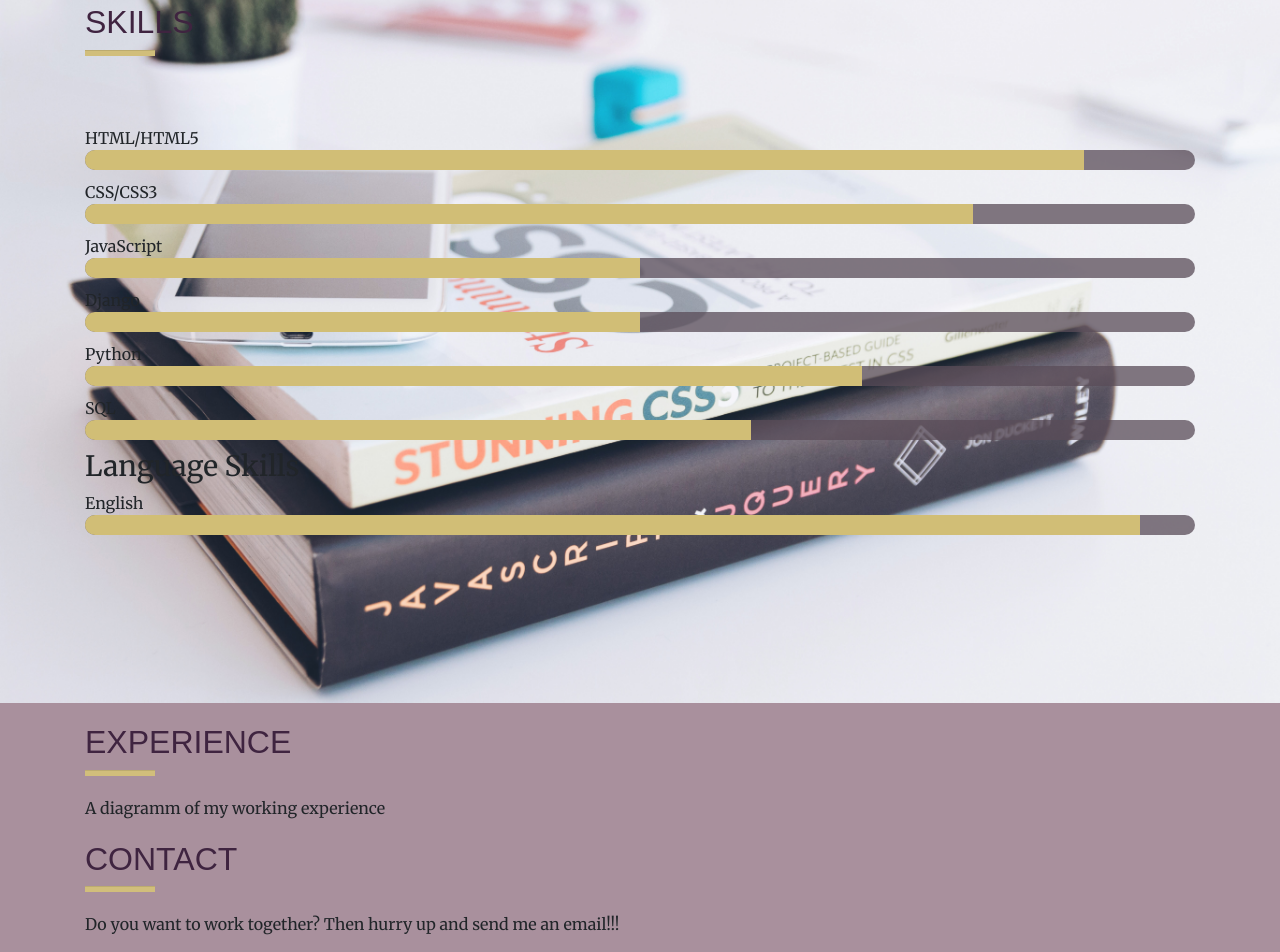
Repository: edshuli/Portfolio
Page: index.html
The author's editor kept a record of every edit. The page is drawn from the files as they stood at one moment, then again after the next edit.
The browser window is 1280 px wide. The pictures show the part of the page from y = 1225 to 2177 px (the page is 2177 px tall).
Backgrounds fixed to the window are drawn as part of the page. Some web fonts or font styles are not loaded; a fallback is used.

Above is the page before.

### index.html
<!DOCTYPE html>
<html lang="en">

<head>
    <meta charset="UTF-8">
    <meta name="viewport" content="width=device-width, initial-scale=1.0">
    <meta http-equiv="X-UA-Compatible" content="ie=edge">
    <link rel="stylesheet" href="https://stackpath.bootstrapcdn.com/bootstrap/4.3.1/css/bootstrap.min.css" type="text/css" />
    <link rel="stylesheet" href="https://stackpath.bootstrapcdn.com/font-awesome/4.7.0/css/font-awesome.min.css" type="text/css" />
    <link rel="stylesheet" href="https://cdnjs.cloudflare.com/ajax/libs/hover.css/2.3.1/css/hover-min.css" type="text/css" />
    <link rel="stylesheet" href="assets/css/style.css" type="text/css" />
    <title>Edna Shuli - Full Stack Web Developer</title>
</head>

<body>

    <div class="container-fluid navbar-menu">
        <div class="row">
            <div class="col-12">
                <!-- NAVBAR -->
                <nav class="navbar navbar-expand-sm fixed-top navbar-light ">
                    <a href="index.html" class="navbar-brand"><i class="fa fa-home" aria-hidden="true"></i>Ed.Sh</a>
                    <button class="navbar-toggler" type="button" data-toggle="collapse" data-target="#menuDropdown" aria-controls="menuDropdown" aria-expanded="false" aria-label="Toggle navigation">
           <span class="navbar-toggler-icon"></span>
       </button>

                    <div id="menuDropdown" class="navbar-collapse collapse">
                        <ul class="navbar-nav mr-auto">
                            <li><a class="nav-link text-uppercase" href="#">about</a></li>
                            <li><a class="nav-link text-uppercase" href="#">skills</a></li>
                            <li><a class="nav-link text-uppercase" href="#">work</a></li>
                            <li><a class="nav-link text-uppercase" href="#">education</a></li>
                            <li><a class="nav-link text-uppercase" href="#">contact</a></li>
                            <li><a class="nav-link text-uppercase" href="#">cv</a></li>
                        </ul>
                    </div>
            </div>
        </div>
        </nav>
    </div>
    <div class="container-fluid homepage-container ">
        <div class="row">
            <div class="col">
                <div class="jumbotron ">
                    <h1 class="header">Hi! I'm </br><span class="name">
            Edna Shuli</span></h1>
                    <p class="title">Full Stack Web Developer</p>
                </div>
            </div>
        </div>
    </div>



    <!-- ABOUT ME -->
    <section class="aboutme">
        <div class="container aboutme-container">
            <div class="row">
                <div class="col-md-6">
                    <div class="personal-info">
                        <h2 class="uppercase">Personal Info</h2>
                        <hr class="title-divider">
                        <ul>
                            <li>Name: Edna Shuli</li>
                            <li>Email: <a href="mailto:edna_shhuli@hotmail.gr">edna_shuli@hotmail.gr</a></li>
                            <li>Address: Linnaeusstraat 35F, Amsterdam The Netherlands</li>
                            <li>Phone: (0031)-649109002</li>
                        </ul>
                    </div>
                </div>
                <div class="col-md-6">
                    <h2 class="text-uppercase">About</h2>
                    <hr class="title-divider">
                    <div class="aboutmeitem">
                        <p>Lorem ipsum dolor sit amet, consectetuer adipiscing elit, sed diam nonummy nibh euismod tincidunt ut laoreet dolore magna aliquam erat volutpat. Ut wisi enim ad minim veniam, quis nostrud exerci tation ullamcorper suscipit lobortis
                            nisl ut aliquip ex ea commodo consequat. Duis autem vel eum iriure dolor in hendrerit in vulputate velit esse molestie consequat, vel illum dolore eu feugiat nulla facilisis at vero eros et accumsan et iusto odio dignissim
                        </p>
                    </div>
                    <button class="btn">Download CV!</button>
                </div>
            </div>
        </div>
    </section>



    <!-- Skills -->

    <section class="skills">
        <div class="container skills-container">
            <div class="row">
                <div class="col">
                    <h2 class="text-uppercase">Skills</h2>
                    <hr class="title-divider">
                </div>
            </div>
            <div class="skills-item-container">
                <div class="row ">
                    <div class="col">
                        <div class="skill-item-desc">HTML/HTML5</div>
                        <div class="progress">
                            <div class="progress-bar" role="progressbar" aria-valuenow="90" aria-valuemin="0" aria-valuemax="100" style="width:90%">
                                <span class="sr-only">90% complete</span>
                            </div>
                        </div>
                        <div class="skill-item-desc">CSS/CSS3</div>
                        <div class="progress">
                            <div class="progress-bar" role="progressbar" aria-valuenow="80" aria-valuemin="0" aria-valuemax="100" style="width:80%">
                                <span class="sr-only">80% complete</span>
                            </div>
                        </div>
                        <div class="skill-item-desc">JavaScript</div>
                        <div class="progress">
                            <div class="progress-bar" role="progressbar" aria-valuenow="50" aria-valuemin="0" aria-valuemax="100" style="width:50%">
                                <span class="sr-only">50% complete</span>
                            </div>
                        </div>
                        <div class="skill-item-desc">Django</div>
                        <div class="progress">
                            <div class="progress-bar" role="progressbar" aria-valuenow="50" aria-valuemin="0" aria-valuemax="100" style="width:50%">
                                <span class="sr-only">50% complete</span>
                            </div>
                        </div>
                        <div class="skill-item-desc">Python</div>
                        <div class="progress">
                            <div class="progress-bar" role="progressbar" aria-valuenow="70" aria-valuemin="0" aria-valuemax="100" style="width:70%">
                                <span class="sr-only">70% complete</span>
                            </div>
                        </div>
                        <div class="skill-item-desc">SQL</div>
                        <div class="progress">
                            <div class="progress-bar" role="progressbar" aria-valuenow="60" aria-valuemin="0" aria-valuemax="100" style="width:60%">
                                <span class="sr-only">60% complete</span>
                            </div>
                        </div>
                    </div>
                </div>
            </div>
            <div class="language-container">
                <div class="row">
                    <div class="col">
                        <h3>Language Skills</h3>
                        <div class="skill-item-desc">English</div>
                        <div class="progress">
                            <div class="progress-bar" role="progressbar" aria-valuenow="95" aria-valuemin="0" aria-valuemax="100" style="width:95%">
                                <span class="sr-only">95% complete</span>
                            </div>
                        </div>
                    </div>
                </div>
            </div>
        </div>
    </section>



    <!-- Experience -->
    <div class="container experience-container">
        <section class="experience">
            <h2 class="text-uppercase">Experience</h2>
            <hr class="title-divider">
            <div class="work-history">
                <p>A diagramm of my working experience</p>
            </div>
        </section>
    </div>




    <!-- Contact -->
    <div class="container contact-container">
        <section class="contact">
            <h2 class="text-uppercase">Contact</h2>
            <hr class="title-divider">
            <div class="contact-info">
                <p>Do you want to work together? Then hurry up and send me an email!!!</p>
            </div>
        </section>
    </div>


    <!-- Download
        <section class="downloadcv">
           <button class="btn">Download CV!</button
        </section>
       -->
    <footer>

    </footer>

    <script src="https://code.jquery.com/jquery-3.3.1.slim.min.js" integrity="sha384-q8i/X+965DzO0rT7abK41JStQIAqVgRVzpbzo5smXKp4YfRvH+8abtTE1Pi6jizo" crossorigin="anonymous"></script>
    <script src="https://cdnjs.cloudflare.com/ajax/libs/popper.js/1.14.7/umd/popper.min.js" integrity="sha384-UO2eT0CpHqdSJQ6hJty5KVphtPhzWj9WO1clHTMGa3JDZwrnQq4sF86dIHNDz0W1" crossorigin="anonymous"></script>
    <script src="https://stackpath.bootstrapcdn.com/bootstrap/4.3.1/js/bootstrap.min.js" integrity="sha384-JjSmVgyd0p3pXB1rRibZUAYoIIy6OrQ6VrjIEaFf/nJGzIxFDsf4x0xIM+B07jRM" crossorigin="anonymous"></script>
</body>


</html>

### assets/css/style.css
@import url('https://fonts.googleapis.com/css?family=Merriweather:100,200,300,400,500,600,700|Playfair+Display:100,200,300,400,500,600,700|Nanum+Gothic:100,200,300,400');

body {
    font-family: "Merriweather", sans-serif;
    background-color: #a9909d;
    width: 100%;
}


/* ------------------------Button/Download--------------------*/

.btn {
    font: 16px "Playfair", sans-serif;
    color: #472e5a;
    margin: 20px 0px;
    padding: 10px 15px;
    border: 2px solid #d1be7b;
    display: inline-block;
}

/*---------------------HOMEPAGE/JUMBOTRON--------------------*/

.homepage-container {
    height: 100vh;
    background: url(../images/logo1.jpg) no-repeat center center fixed;
    -webkit-background-size: cover;
    -moz-background-size: cover;
    -o-background-size: cover;
    background-size: cover;

    display: flex;
    align-items: center;
    justify-content: center;
}



/*------------------------Jumbotron ---------------------*/

.jumbotron {
    background-color: transparent;
    margin-bottom: 0px;
    padding: 150px 700px 50px 0;
}

.header {
    color: #3e2832;
    font-size: 45px;
    font-weight: 300;
    margin-bottom: 10px;
}


.header {
    font-family: "Playfair", sans-serif;
}

span {
    font-family: "Merriweather", sans-serif;
}

.title {
    font-family: "Playfair", sans-serif;
    border-bottom-width: 1px;
    border-bottom-style: solid;
    border-bottom-color: #4f3943;
    border-top-width: 1px;
    border-top-style: solid;
    border-top-color: #4f3943;
    color: #4f3943;
    font-size: 25px;
    font-weight: 300;
    text-transform: uppercase;
    letter-spacing: 1px;
    padding: 15px 0;
}


/*---------------------------------Navbar ------------*/

.navbar {
    background-color: rgba(0, 0, 0, 0.7);
    overflow: hidden;
    position: fixed;

}

.navbar-menu {
    padding-left: 0;
    padding-right: 0;

}

.navbar-light .navbar-brand {
    letter-spacing: 1px;
    color: #d1be7b;
    font-size: 20px;
    font-weight: bold;

}

.navbar .navbar-nav a {
    font-weight: bold;
    color: #d1be7b;
    letter-spacing: 1px;
    text-decoration: none;
}

.navbar-light .navbar-nav .nav-link {
    color: #d1be7b;
}

.fa-home {
    color: #d1be7b;
}



/*-----------For mobile ------------*/

.navbar-collapse {
    text-align: right;
    display: block;
}

.navbar-toggler {
    line-height: 1;
    background-color: #f8f9fa7a;
    border: 1px solid #fafaf8;
    border-radius: .25rem;
}

/*----------------------------TITLES/HEADERS----------------------------*/

h2 {
    font-family: "Nanum+Gothic", sans-serif;
    color: #3f2440;
    background-color: transparent;
    margin-top: 20px;
}

.title-divider {
    width: 70px;
    height: 5px;
    background-color: #d1be7b;
    margin: 0 0 20px 0;
}

/*--------------------------ABOUT ME-------------------*/

/*.aboutme-container {
     height: 100vh;
    background: url(../images/aboutmelogos/logo-aboutme.jpg) no-repeat center center fixed;
    -webkit-background-size: cover;
    -moz-background-size: cover;
    -o-background-size: cover;
    background-size: cover;
}*/

.aboutme{
    width:100vw;

}

a {
    text-decoration: none;
    color: #3f2440;
}

ul {
    padding: 0;
}

.personal-info ul li {
    border-bottom: 1px solid #d1be7b;
    padding: 35px 0;
    list-style: none;
    color: #3f2440;

}




/*--------------------------------------SKILLS --------*/


.skills-item-container{
    margin-top:50px;
}

.progress {
    background-color: rgba(90, 77, 89, 0.75);
    border-radius: 10px;
    margin-bottom: 10px;
    height: 20px;
}

.progress-bar {
    background-color: #d1be76;
}

.progress-item {
    position: absolute;
    font-weight: bold;
    padding: 3px 10px 0px 5px;
    color: #161117;
    background-color: rgba(31, 17, 31, 0.2);
    border-radius: 20px;
   /* margin:0 0 0 90px;*/
}


.skills {
     height: 100vh;
    background: url(../images/skillslogo/skillslogo.jpg) no-repeat center center fixed;
    -webkit-background-size: cover;
    -moz-background-size: cover;
    -o-background-size: cover;
    background-size: cover;
}


.experience-container {}


.contact-container {}


/*------------------ MEDIA QUERRIES--------------*/

@media (max-width: 576px) {

    .container-fluid {
        font-size: 10px;
    }

    .jumbotron {
        background-color: transparent;
        margin-bottom: 0px;
        padding: 150px 0px 50px 0;
    }
    .navbar-toggler {
        line-height: 1;
        background-color: #f8f9fa7a;
        border: 1px solid #fafaf8;
        border-radius: 0.1rem;
    }

    .header {
        font-size: 30px;
        font-weight: 300;
    }

    .title {
        font-size: 15px;
    }
}

@media (min-width: 576px) and (max-width:768px) {

    .jumbotron {
        background-color: transparent;
        margin-bottom: 0px;
        padding: 150px 0px 50px 0;
    }
}

@media (max-width: 768px) {
    .homepage-container {
        background-attachment: scroll;
        background: url(../images/logo2.jpg) no-repeat center center fixed;
        -webkit-background-size: cover;
        -moz-background-size: cover;
        -o-background-size: cover;
        background-size: cover;
    }
}

After the next edit:
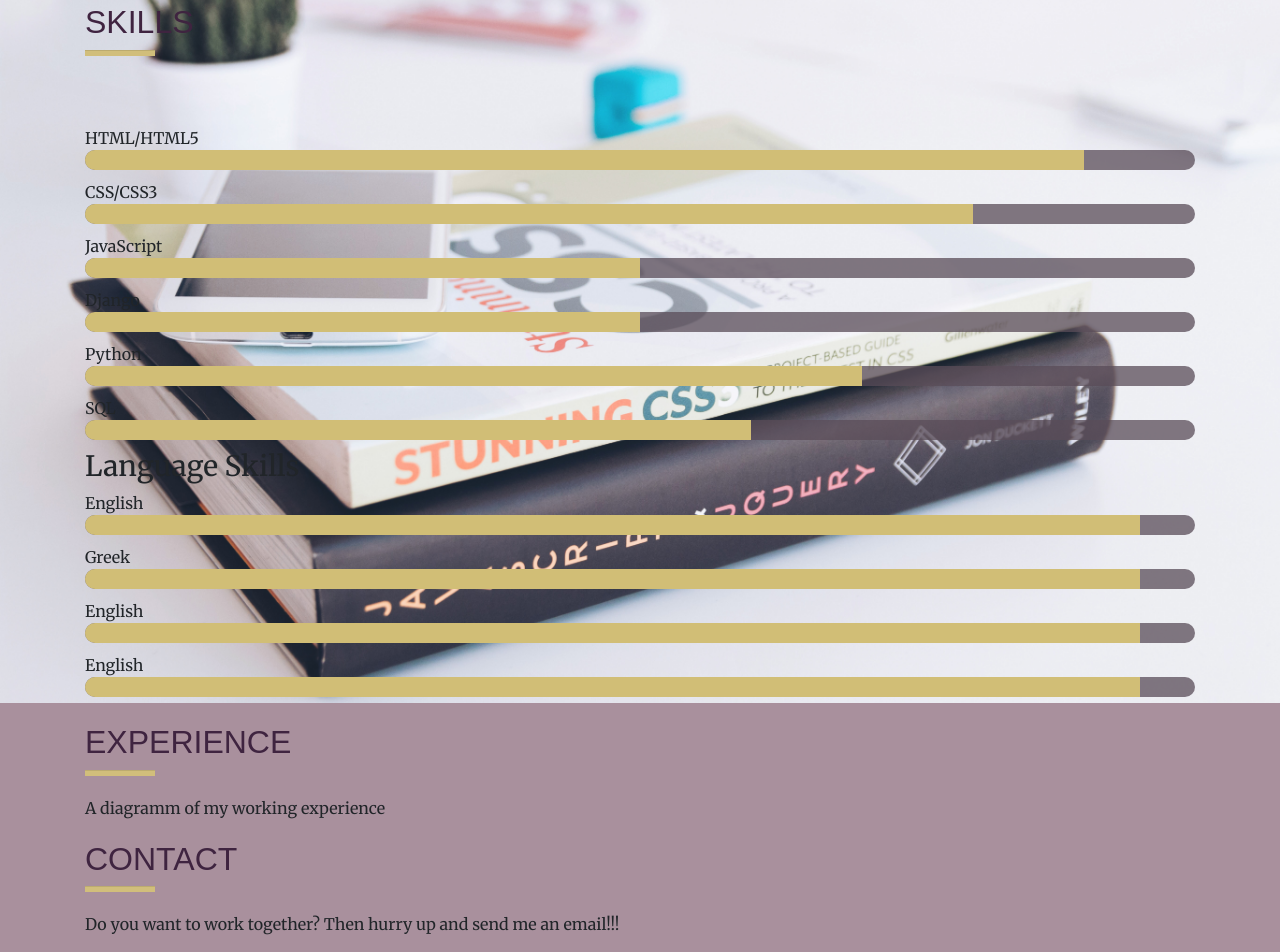
The edit:
--- a/index.html
+++ b/index.html
@@ -146,6 +146,24 @@
                                 <span class="sr-only">95% complete</span>
                             </div>
                         </div>
+                        <div class="skill-item-desc">Greek</div>
+                        <div class="progress">
+                            <div class="progress-bar" role="progressbar" aria-valuenow="95" aria-valuemin="0" aria-valuemax="100" style="width:95%">
+                                <span class="sr-only">95% complete</span>
+                            </div>
+                        </div>
+                        <div class="skill-item-desc">English</div>
+                        <div class="progress">
+                            <div class="progress-bar" role="progressbar" aria-valuenow="95" aria-valuemin="0" aria-valuemax="100" style="width:95%">
+                                <span class="sr-only">95% complete</span>
+                            </div>
+                        </div>
+                        <div class="skill-item-desc">English</div>
+                        <div class="progress">
+                            <div class="progress-bar" role="progressbar" aria-valuenow="95" aria-valuemin="0" aria-valuemax="100" style="width:95%">
+                                <span class="sr-only">95% complete</span>
+                            </div>
+                        </div>
                     </div>
                 </div>
             </div>
